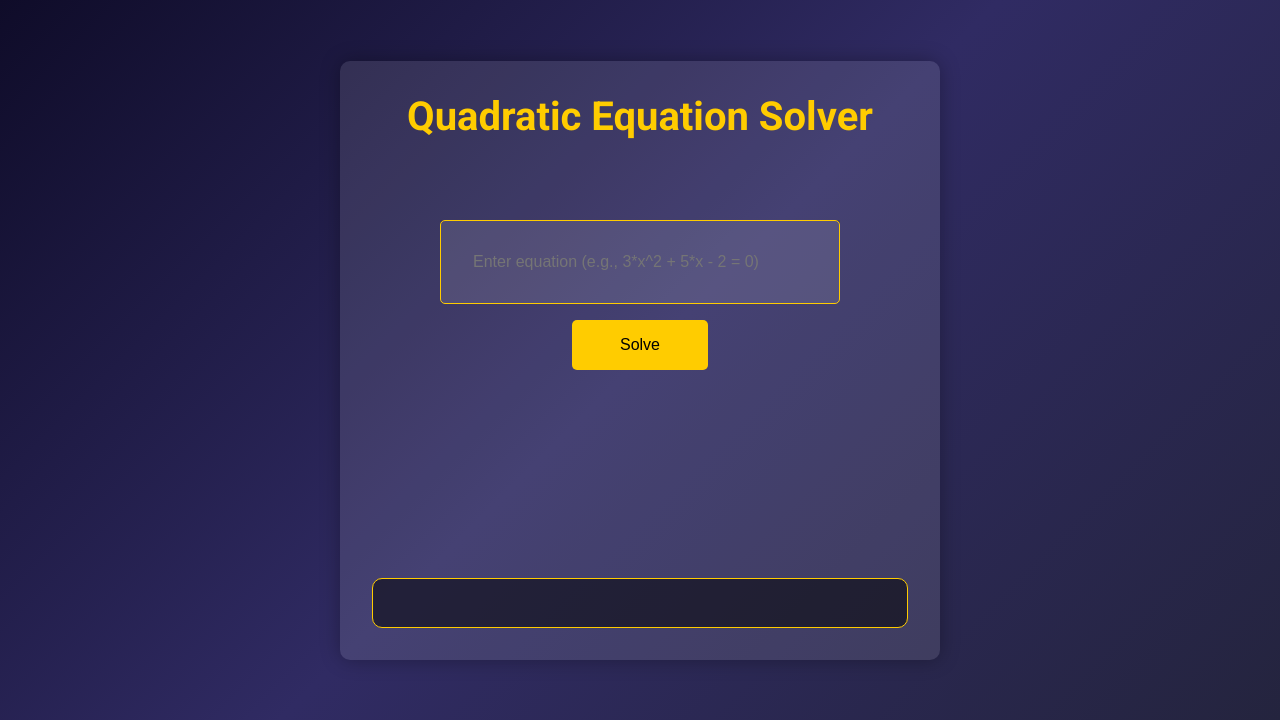
Repository: ngl-ankit/equation-solver
Page: index.html
An editor plug-in stored every save of this project. The page is shown before and after the next save, followed by the edit.
The browser window is 1280 px wide. The pictures show the whole page.

Above is the page before, as saved 2024-07-08 11:14:58.

### index.html
<!DOCTYPE html>
<html lang="en">
  <head>
    <meta charset="UTF-8" />
    <meta name="viewport" content="width=device-width, initial-scale=1.0" />
    <title>Quadratic Equation Solver</title>
    <link rel="stylesheet" href="styles.css" />
  </head>
  <body>
    <div class="container">
      <h1>Quadratic Equation Solver</h1>
      <div class="form-container">
        <form id="equation-form">
          <input
            type="text"
            id="equation-input"
            placeholder="Enter equation (e.g., 3*x^2 + 5*x - 2 = 0)"
            required
          />
          <button type="submit" class="solve-btn">Solve</button>
        </form>
      </div>
      <div id="results" class="results"></div>
    </div>
    <script src="script.js"></script>
  </body>
</html>

### styles.css
@import url("https://fonts.googleapis.com/css2?family=Roboto:wght@400;700&display=swap");

* {
  margin: 0;
  padding: 0;
  box-sizing: border-box;
}

body {
  display: flex;
  justify-content: center;
  align-items: center;
  height: 100vh;
  font-family: "Roboto", sans-serif;
  background: linear-gradient(135deg, #0f0c29, #302b63, #24243e);
  color: #fff;
}

.container {
  max-width: 600px;
  width: 90%;
  background: rgba(255, 255, 255, 0.1);
  padding: 2rem;
  border-radius: 10px;
  box-shadow: 0 0 20px rgba(0, 0, 0, 0.3);
  text-align: center;
}

h1 {
  font-size: 2.5rem;
  margin-bottom: 5rem;
  color: #ffcc00;
}

.form-container {
  margin-bottom: 13rem;
}

form {
  display: flex;
  flex-direction: column;
  align-items: center;
}

input[type="text"] {
  width: 100%;
  max-width: 400px;
  padding: 2rem;
  border: 1px solid #ffcc00;
  border-radius: 5px;
  background: rgba(255, 255, 255, 0.1);
  color: #fff;
  font-size: 1rem;
  margin-bottom: 1rem;
  transition: background-color 0.3s, border-color 0.3s;
}

input[type="text"]:hover,
input[type="text"]:focus {
  background-color: rgba(255, 255, 255, 0.2);
  border-color: #ff9900;
}

button.solve-btn {
  padding: 1rem 3rem;
  border: none;
  background-color: #ffcc00;
  color: #000;
  border-radius: 5px;
  cursor: pointer;
  transition: background-color 0.3s, transform 0.3s;
  font-size: 1rem;
  outline: none;
}

button.solve-btn:hover {
  background-color: #ff9900;
  transform: scale(1.05);
}

.results {
  background: rgba(0, 0, 0, 0.5);
  border: 1px solid #ffcc00;
  border-radius: 10px;
  padding: 1.5rem;
  margin-top: 2rem;
  text-align: left;
  animation: fadeIn 0.5s ease-in-out;
}

.results p {
  font-size: 1rem;
  line-height: 1.6;
  margin-bottom: 1rem;
}

.solution-steps {
  margin-top: 1rem;
}

@keyframes fadeIn {
  from {
    opacity: 0;
  }
  to {
    opacity: 1;
  }
}

### script.js
document.getElementById('equation-form').addEventListener('submit', function (event) {
  event.preventDefault();
  const equation = document.getElementById('equation-input').value;
  const result = solveQuadraticEquation(equation);
  displayResults(result);
});

function solveQuadraticEquation(equation) {
  const trimmedEquation = equation.replace(/\s/g, ''); // Remove all whitespace
  const regex = /^([-+]?\d*\.?\d*)\*?x\^2([-+]?\d*\.?\d*)\*?x([-+]?\d*\.?\d*)=?0$/;
  const matches = trimmedEquation.match(regex);

  if (!matches) {
    return { equation, error: 'Invalid equation format' };
  }

  const a = parseFloat(matches[1]) || 1;
  const b = parseFloat(matches[2]) || 0;
  const c = parseFloat(matches[3]) || 0;

  const discriminant = b * b - 4 * a * c;

  let solutions = [];
  let solutionSteps = [];

  solutionSteps.push(`Given equation: ${equation}`);

  solutionSteps.push(`Step 1: Calculate Discriminant (D) = ${b}^2 - 4 * ${a} * ${c}`);
  solutionSteps.push(`D = ${discriminant}`);

  if (discriminant > 0) {
    const x1 = (-b + Math.sqrt(discriminant)) / (2 * a);
    const x2 = (-b - Math.sqrt(discriminant)) / (2 * a);
    solutions = [x1, x2];
    solutionSteps.push(`Step 2: Apply the Quadratic Formula:`);
    solutionSteps.push(`x1 = (-${b} + √${discriminant}) / (2 * ${a}) = ${x1}`);
    solutionSteps.push(`x2 = (-${b} - √${discriminant}) / (2 * ${a}) = ${x2}`);
  } else if (discriminant === 0) {
    const x = -b / (2 * a);
    solutions = [x];
    solutionSteps.push(`Step 2: Apply the Quadratic Formula:`);
    solutionSteps.push(`x = -${b} / (2 * ${a}) = ${x}`);
  } else {
    solutionSteps.push(`Step 2: Since D < 0, no real solutions exist.`);
  }

  return {
    equation,
    solutions,
    discriminant,
    solutionSteps
  };
}

function displayResults(result) {
  const resultsDiv = document.getElementById('results');
  resultsDiv.innerHTML = `
    <h2>Results:</h2>
    <div class="solution-steps">
      ${result.solutionSteps.map(step => `<p>${step}</p>`).join('')}
    </div>
    <p><strong>Discriminant:</strong> ${result.discriminant}</p>
    ${result.solutions.length > 0 ? `
    <p><strong>Solutions:</strong> ${result.solutions.join(', ')}</p>` : ''}
  `;
}

After the next save:
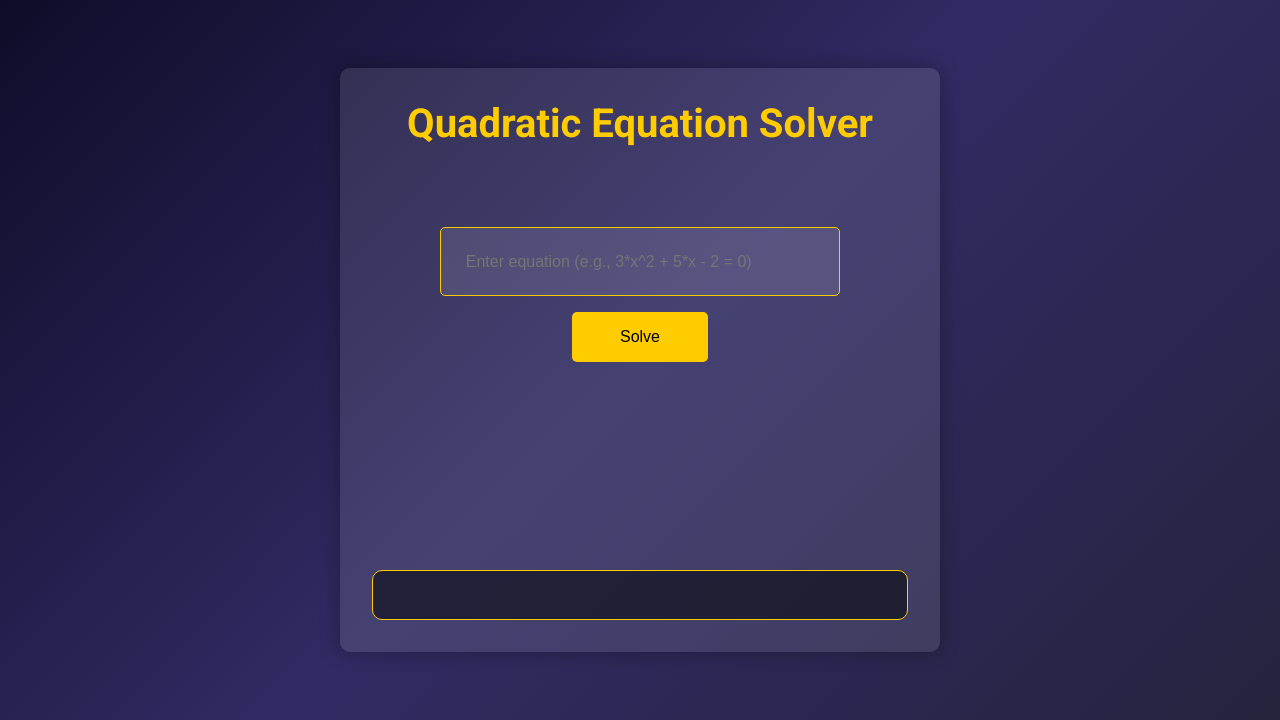
Saved 12 s later.
--- a/styles.css
+++ b/styles.css
@@ -45,7 +45,7 @@ form {
 input[type="text"] {
   width: 100%;
   max-width: 400px;
-  padding: 2rem;
+  padding: 1.55rem;
   border: 1px solid #ffcc00;
   border-radius: 5px;
   background: rgba(255, 255, 255, 0.1);
